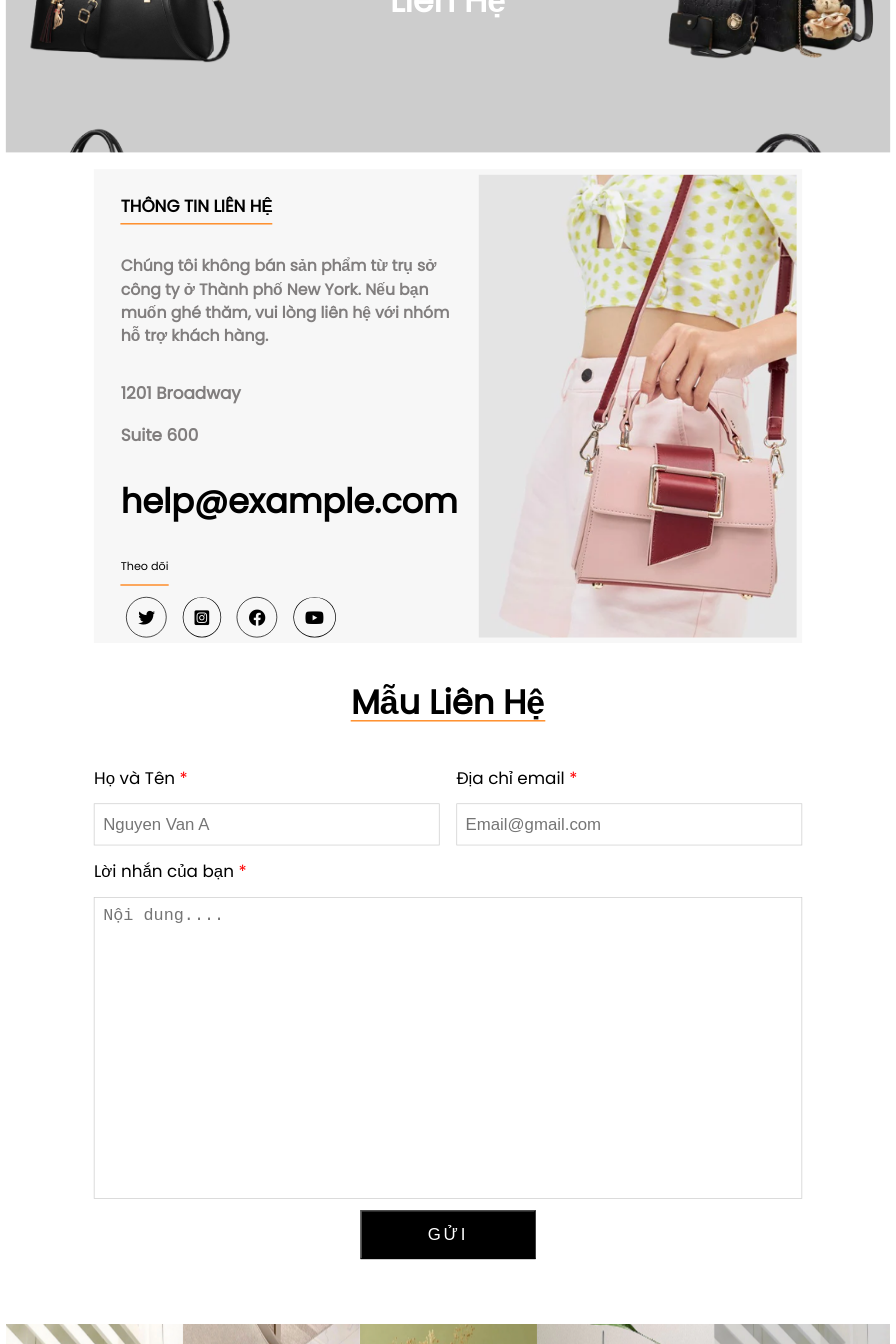
Repository: minh352623/project_firebase
Page: contact.html
These files come from the project's save history. The page is drawn as it stood at one moment and after the next save; the edit follows.
The browser window is 1280 px wide. The pictures show the part of the page from y = 354 to 2274 px (the page is 2932 px tall before and 2899 px after), at 70% of full size.
Some web libraries are served in a nearby version.

Above is the page before, as saved 2022-05-12 21:28:40.

After the next save:
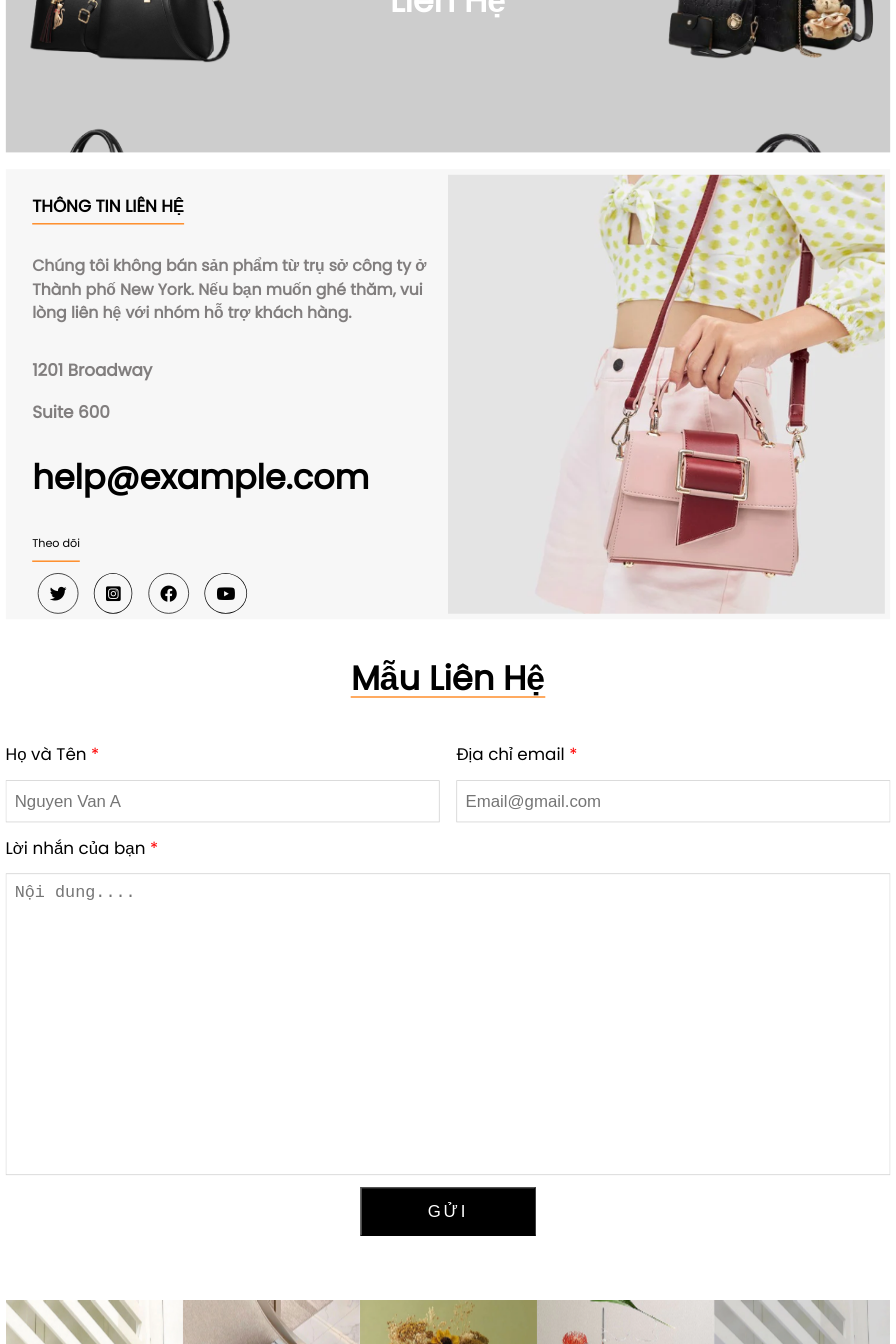
Saved 23 s later.
--- a/assets/css/contact.css
+++ b/assets/css/contact.css
@@ -20,7 +20,7 @@
 }
 .contact-container{
 
-    width: 80%;
+    /* width: 80%; */
     margin: 24px auto;
 }
 .contact-top{
